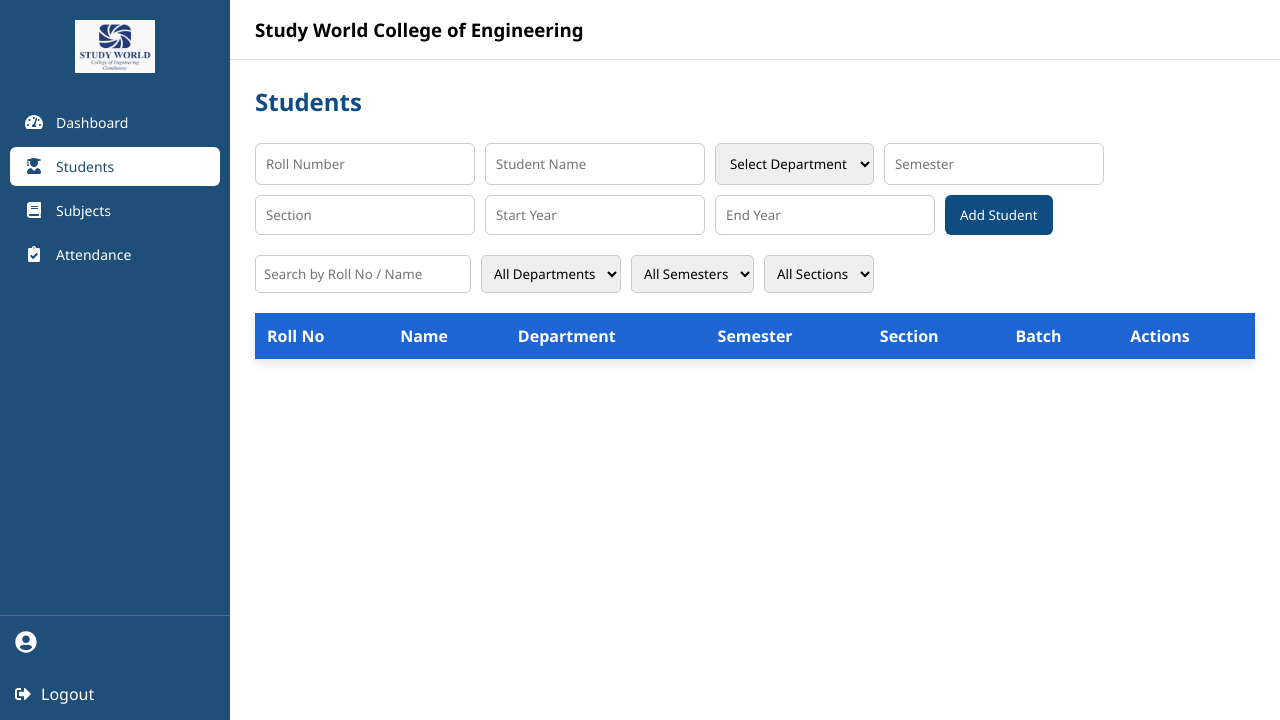
Repository: arthanarieswara/frontend
Page: /students
These files come from the project's save history. The page is drawn as it stood at one moment and after the next save; the edit follows.
The browser window is 1280 px wide. The pictures show the whole page.
The page's requests for data from a server got no answer. The project was rebuilt for these pictures with package versions that can differ from the ones it lists, and the page was loaded fresh each time. No one was signed in, and anything a server would have sent is missing. Also part of the build but not shown: vite.config.js, src/pages/auth/Login.jsx, src/pages/dashboard/Dashboard.css, src/pages/dashboard/Dashboard.jsx, src/pages/departments/Departments.jsx, src/pages/faculty/Faculty.css, src/pages/faculty/Faculty.jsx, src/pages/Subjects/Subjects.css and 8 more.

Above is the page before, as saved 2026-04-01 15:33:11.

### index.html
<!doctype html>
<html lang="en">
  <head>
    <meta charset="UTF-8" />
    <link rel="icon" type="image/svg+xml" href="/college-logo.png" />
    <meta name="viewport" content="width=device-width, initial-scale=1.0" />
    <title>SWMS</title>
  </head>
  <body>
    <div id="root"></div>
    <script type="module" src="/src/main.jsx"></script>
  </body>
</html>

### src/App.jsx
import AppRoutes from "./routes/AppRoutes";

function App() {
  return <AppRoutes />;
}

export default App;

### src/routes/AppRoutes.jsx
import { BrowserRouter, Routes, Route } from "react-router-dom";

import Login from "../pages/auth/Login";
import Dashboard from "../pages/dashboard/Dashboard";
import Departments from "../pages/departments/Departments";
import Students from "../pages/students/Students";
import Faculty from "../pages/faculty/Faculty";
import Subjects from "../pages/Subjects/Subjects";
import Attendance from "../pages/Attendance/Attendance";
import Users from "../pages/users/Users";
import UserMapping from "../pages/UserMapping/UserMapping"; // ✅ NEW
import FacultyAttendance from "../pages/faculty/FacultyAttendance";
function AppRoutes() {
  return (
    <BrowserRouter>
      <Routes>
        <Route path="/" element={<Login />} />
        <Route path="/dashboard" element={<Dashboard />} />
        <Route path="/departments" element={<Departments />} />
        <Route path="/students" element={<Students />} />
        <Route path="/faculty" element={<Faculty />} />
        <Route path="/subjects" element={<Subjects />} />
        <Route path="/attendance" element={<Attendance />} />
        <Route path="/users" element={<Users />} />
        <Route path="/faculty-attendance" element={<FacultyAttendance />} />

        {/* ✅ NEW ROUTE */}
        <Route path="/mapping" element={<UserMapping />} />
      </Routes>
    </BrowserRouter>
  );
}

export default AppRoutes;

### src/pages/students/Students.jsx
import { useEffect, useState } from "react";
import Layout from "../../components/Layout";
import api from "../../api/api";
import "./Students.css";

function Students() {
  const [students, setStudents] = useState([]);
  const [departments, setDepartments] = useState([]);

  const [name, setName] = useState("");
  const [rollNumber, setRollNumber] = useState("");
  const [department, setDepartment] = useState("");
  const [semester, setSemester] = useState("");
  const [section, setSection] = useState("");
  const [startYear, setStartYear] = useState("");
  const [endYear, setEndYear] = useState("");

  const [editingId, setEditingId] = useState(null);

  /* FILTER STATES */
  const [search, setSearch] = useState("");
  const [filterDept, setFilterDept] = useState("");
  const [filterSemester, setFilterSemester] = useState("");
  const [filterSection, setFilterSection] = useState(""); // ✅ NEW

  /* PAGINATION */
  const [page, setPage] = useState(1);
  const studentsPerPage = 10;

  /* ================= FETCH ================= */

  const fetchStudents = async () => {
    const res = await api.get("/students");

    const sorted = res.data.sort((a, b) =>
      a.roll_number.localeCompare(b.roll_number),
    );

    setStudents(sorted);
  };

  const fetchDepartments = async () => {
    const res = await api.get("/departments");
    setDepartments(res.data);
  };

  useEffect(() => {
    fetchStudents();
    fetchDepartments();
  }, []);

  /* ================= ADD / UPDATE ================= */

  const handleSubmit = async () => {
    const data = {
      name,
      roll_number: rollNumber,
      department_id: department,
      semester,
      section,
      start_year: startYear,
      end_year: endYear,
    };

    if (editingId) {
      await api.put(`/students/${editingId}`, data);
    } else {
      await api.post("/students", data);
    }

    resetForm();
    fetchStudents();
  };

  const resetForm = () => {
    setName("");
    setRollNumber("");
    setDepartment("");
    setSemester("");
    setSection("");
    setStartYear("");
    setEndYear("");
    setEditingId(null);
  };

  /* ================= EDIT ================= */

  const handleEdit = (student) => {
    setEditingId(student.id);
    setName(student.name);
    setRollNumber(student.roll_number);
    setDepartment(student.department_id);
    setSemester(student.semester);
    setSection(student.section);
    setStartYear(student.start_year);
    setEndYear(student.end_year);
  };

  /* ================= DELETE ================= */

  const handleDelete = async (id) => {
    if (!window.confirm("Delete this student?")) return;

    await api.delete(`/students/${id}`);
    fetchStudents();
  };

  /* ================= FILTER ================= */

  const filteredStudents = students.filter((s) => {
    return (
      (filterDept === "" || s.department_id == filterDept) &&
      (filterSemester === "" || s.semester == filterSemester) &&
      (filterSection === "" || s.section === filterSection) && // ✅ NEW
      (s.roll_number?.toLowerCase().includes(search.toLowerCase()) ||
        s.name?.toLowerCase().includes(search.toLowerCase()))
    );
  });

  /* ================= PAGINATION ================= */

  const indexOfLast = page * studentsPerPage;
  const indexOfFirst = indexOfLast - studentsPerPage;

  const currentStudents = filteredStudents.slice(indexOfFirst, indexOfLast);
  const totalPages = Math.ceil(filteredStudents.length / studentsPerPage);

  /* ================= UI ================= */

  return (
    <Layout>
      <div className="students">
        <h2>Students</h2>

        {/* FORM */}

        <div className="student-form">
          <input
            placeholder="Roll Number"
            value={rollNumber}
            onChange={(e) => setRollNumber(e.target.value)}
          />

          <input
            placeholder="Student Name"
            value={name}
            onChange={(e) => setName(e.target.value)}
          />

          <select
            value={department}
            onChange={(e) => setDepartment(e.target.value)}
          >
            <option value="">Select Department</option>
            {departments.map((d) => (
              <option key={d.id} value={d.id}>
                {d.name}
              </option>
            ))}
          </select>

          <input
            placeholder="Semester"
            value={semester}
            onChange={(e) => setSemester(e.target.value)}
          />

          <input
            placeholder="Section"
            value={section}
            onChange={(e) => setSection(e.target.value)}
          />

          <input
            type="number"
            placeholder="Start Year"
            value={startYear}
            onChange={(e) => setStartYear(e.target.value)}
          />

          <input
            type="number"
            placeholder="End Year"
            value={endYear}
            onChange={(e) => setEndYear(e.target.value)}
          />

          <button onClick={handleSubmit}>
            {editingId ? "Update Student" : "Add Student"}
          </button>
        </div>

        {/* FILTERS */}

        <div className="student-filters">
          <input
            placeholder="Search by Roll No / Name"
            value={search}
            onChange={(e) => {
              setSearch(e.target.value);
              setPage(1);
            }}
          />

          <select
            value={filterDept}
            onChange={(e) => {
              setFilterDept(e.target.value);
              setPage(1);
            }}
          >
            <option value="">All Departments</option>
            {departments.map((d) => (
              <option key={d.id} value={d.id}>
                {d.name}
              </option>
            ))}
          </select>

          <select
            value={filterSemester}
            onChange={(e) => {
              setFilterSemester(e.target.value);
              setPage(1);
            }}
          >
            <option value="">All Semesters</option>
            {[1, 2, 3, 4, 5, 6, 7, 8].map((s) => (
              <option key={s} value={s}>
                Semester {s}
              </option>
            ))}
          </select>

          {/* ✅ SECTION FILTER */}
          <select
            value={filterSection}
            onChange={(e) => {
              setFilterSection(e.target.value);
              setPage(1);
            }}
          >
            <option value="">All Sections</option>
            {["A", "B",].map((sec) => (
              <option key={sec} value={sec}>
                Section {sec}
              </option>
            ))}
          </select>
        </div>

        {/* TABLE */}

        <table className="students-table">
          <thead>
            <tr>
              <th>Roll No</th>
              <th>Name</th>
              <th>Department</th>
              <th>Semester</th>
              <th>Section</th>
              <th>Batch</th>
              <th>Actions</th>
            </tr>
          </thead>

          <tbody>
            {currentStudents.map((s) => (
              <tr key={s.id}>
                <td>{s.roll_number}</td>
                <td>{s.name}</td>
                <td>{s.department_name}</td>
                <td>{s.semester}</td>
                <td>{s.section}</td>
                <td>
                  {s.start_year} - {s.end_year}
                </td>

                <td>
                  <button className="edit-btn" onClick={() => handleEdit(s)}>
                    Edit
                  </button>

                  <button
                    className="delete-btn"
                    onClick={() => handleDelete(s.id)}
                  >
                    Delete
                  </button>
                </td>
              </tr>
            ))}
          </tbody>
        </table>

        {/* PAGINATION */}

        <div className="pagination">
          {Array.from({ length: totalPages }, (_, i) => (
            <button
              key={i}
              onClick={() => setPage(i + 1)}
              className={page === i + 1 ? "active-page" : ""}
            >
              {i + 1}
            </button>
          ))}
        </div>
      </div>
    </Layout>
  );
}

export default Students;

### src/api/api.js
import axios from "axios";

const api = axios.create({
  baseURL: "http://localhost:5000/api",
});

/* ✅ Attach token automatically */
api.interceptors.request.use((config) => {
  const token = localStorage.getItem("token");

  if (token) {
    config.headers.Authorization = `Bearer ${token}`;
  }

  return config;
});

export default api;

### src/pages/auth/Login.css
*{
  margin:0;
  padding:0;
  box-sizing:border-box;
  font-family:"Segoe UI",sans-serif;
}

/* ANIMATED BACKGROUND */

.login-wrapper{
  height:100vh;
  display:flex;
  justify-content:center;
  align-items:center;
  background:linear-gradient(270deg,#0f4c81,#3a8bfd,#1a6ed8);
  background-size:600% 600%;
  animation:gradientBG 10s ease infinite;
}

@keyframes gradientBG{
  0%{background-position:0% 50%}
  50%{background-position:100% 50%}
  100%{background-position:0% 50%}
}

/* LOGIN CARD */

.login-card{
  width:420px;
  padding:40px;
  border-radius:12px;
  background:rgba(255,255,255,0.15);
  backdrop-filter:blur(15px);
  box-shadow:0 15px 40px rgba(0,0,0,0.3);
  text-align:center;
  color:white;
}

/* COLLEGE HEADER */

.college-logo{
  width:70px;
  margin-bottom:10px;
}

.college-header h1{
  font-size:20px;
  margin-bottom:5px;
}

.college-header p{
 font-size:13px;
  opacity:0.9;
}

.college-header span{
  font-size:12px;
  opacity:0.8;
}

.college-header{
  margin-bottom:30px;
}

/* INPUT GROUP */

.input-group{

  position:relative;
  margin-bottom:20px;
}

.input-group input{
  width:100%;
  padding:12px;
  border:none;
  border-radius:6px;
  outline:none;
  font-size:14px;
}

/* FLOATING LABEL */

.input-group label{
  position:absolute;
  left:12px;
  top:50%;
  transform:translateY(-50%);
  color:#000000;
  font-size:14px;
  pointer-events:none;
  transition:0.3s;
}

.input-group input:focus + label,
.input-group input:not(:placeholder-shown) + label{
  top:-8px;
  /* background:white; */
  padding:0 5px;
  font-size:15px;
  color:white;
}

/* PASSWORD ICON */

.password-group{
 position:relative;
}

.eye-icon{
  position:absolute;
  right:10px;
  top:50%;
  transform:translateY(-50%);
  cursor:pointer;
  color:#444;
}

/* BUTTON */

.login-btn{
  width:100%;
  padding:12px;
  border:none;
  border-radius:6px;
  background:white;
  color:#0f4c81;
  font-size:16px;
  font-weight:bold;
  cursor:pointer;
  transition:all 0.3s;
}

.login-btn:hover{
  transform:translateY(-2px);
  box-shadow:0 5px 15px rgba(0,0,0,0.3);
}

### src/components/Layout.jsx
import { useState } from "react";
import Sidebar from "./Sidebar";
import Navbar from "./Navbar";

function Layout({ children }) {

  const [collapsed,setCollapsed] = useState(false);

  return (

    <div style={{display:"flex"}}>

      <Sidebar collapsed={collapsed} />

      <div style={{flex:1}}>

        <Navbar toggleSidebar={()=>setCollapsed(!collapsed)} />

        <div style={{padding:"25px"}}>
          {children}
        </div>

      </div>

    </div>

  );

}

export default Layout;

### src/pages/departments/Departments.css
.departments h2 {
    margin-bottom: 20px;
}

.add-section {
    display: flex;
    gap: 10px;
    margin-bottom: 20px;
}

.add-section input {
    padding: 10px;
    border: 1px solid #ccc;
    border-radius: 5px;
}

.add-section button {
    background: #0f4c81;
    color: white;
    border: none;
    padding: 10px 15px;
    border-radius: 5px;
    cursor: pointer;
}

table {
    width: 100%;
    border-collapse: collapse;
    background: white;
    box-shadow: 0 5px 10px rgba(0, 0, 0, 0.1);
}

th,
td {
    padding: 12px;
    border-bottom: 1px solid #ddd;
    text-align: left;
}

.delete-btn {
    background: red;
    color: white;
    border: none;
    padding: 6px 10px;
    border-radius: 4px;
    cursor: pointer;
}

.edit-btn {
    background: #0f4c81;
    color: white;
    border: none;
    padding: 6px 10px;
    border-radius: 4px;
    cursor: pointer;
    margin: 10px;
}

### src/pages/students/Students.css
.students h2{
    margin-bottom:25px;
    font-size:24px;
    color:#0f4c81;
}

.student-form{
    display:flex;
    gap:10px;
    flex-wrap:wrap;
    margin-bottom:20px;
}

.student-form input,
.student-form select{
    padding:10px;
    border:1px solid #ccc;
    border-radius:6px;
}

.student-form button{
    background:#0f4c81;
    color:white;
    border:none;
    padding:10px 15px;
    border-radius:6px;
    cursor:pointer;
}

.students-table{
    width:100%;
    border-collapse:collapse;
    background:white;
    box-shadow:0 4px 10px rgba(0,0,0,0.1);
}

.students-table th{
    background:#1c65d3;
}

.students-table th,
.students-table td{
    padding:12px;
    border-bottom:1px solid #eee;
}

.students-table tbody tr:hover{
    background:#f9fbfd;
}

.edit-btn{
    background:#ffc107;
    border:none;
    padding:6px 10px;
    border-radius:4px;
    margin-right:6px;
}

.delete-btn{
    background:#dc3545;
    color:white;
    border:none;
    padding:6px 10px;
    border-radius:4px;
}

.student-filters{
    display:flex;
    gap:10px;
    margin-bottom:20px;
}

.student-filters input,
.student-filters select{
    padding:8px;
    border:1px solid #ccc;
    border-radius:5px;
}

.pagination{
    margin-top:20px;
    display:flex;
    gap:8px;
}

.pagination button{
    padding:6px 10px;
    border:none;
    background:#ddd;
    cursor:pointer;
}

.pagination .active-page{
    background:#0f4c81;
    color:white;
}

### src/pages/faculty/FacultyAttendance.css
.faculty-attendance {
  padding: 25px;
}

/* HEADER */
.header {
  display: flex;
  justify-content: space-between;
  align-items: center;
  margin-bottom: 20px;
}

.actions {
  display: flex;
  gap: 10px;
}

.actions input {
  padding: 8px;
  border-radius: 6px;
  border: 1px solid #ccc;
}

.actions button {
  background: #1e5eff;
  color: white;
  border: none;
  padding: 8px 14px;
  border-radius: 6px;
  cursor: pointer;
}

.actions button:hover {
  background: #1748c7;
}

.secondary-btn {
  background: #28a745;
}

.secondary-btn:hover {
  background: #1e7e34;
}

/* TABLE */
.table-container {
  background: white;
  border-radius: 10px;
  box-shadow: 0 2px 10px rgba(0,0,0,0.08);
  overflow: hidden;
}

table {
  width: 100%;
  border-collapse: collapse;
}

thead {
  background: #1e5eff;
  color: white;
}

th, td {
  padding: 12px;
}

tbody tr:nth-child(even) {
  background: #f5f7fb;
}

tbody tr:hover {
  background: #eef2ff;
}

/* STATUS COLORS */
.status-dropdown.Present {
  background: #d4edda;
}

.status-dropdown.Absent {
  background: #f8d7da;
}

/* TIME INPUTS */
.time-inputs {
  display: flex;
  gap: 10px;
}

/* REPORT */
.report-section {
  margin-top: 30px;
}

.cards {
  display: flex;
  gap: 15px;
  flex-wrap: wrap;
}

.card {
  background: white;
  padding: 15px;
  border-radius: 8px;
  box-shadow: 0 2px 8px rgba(0,0,0,0.1);
  min-width: 120px;
  text-align: center;
}

.card.total {
  background: #1e5eff;
  color: white;
}

### src/components/Sidebar.jsx
import { NavLink, useNavigate } from "react-router-dom";
import {
  FaTachometerAlt,
  FaUniversity,
  FaUserGraduate,
  FaChalkboardTeacher,
  FaBook,
  FaClipboardCheck,
  FaSignOutAlt,
  FaUserCircle,
  FaUsers,
  FaProjectDiagram,
} from "react-icons/fa";

import "./Sidebar.css";

function Sidebar({ collapsed }) {
  const navigate = useNavigate();

  const user = JSON.parse(localStorage.getItem("user"));
  const role = user?.role;

  const handleLogout = () => {
    localStorage.removeItem("token");
    localStorage.removeItem("user");
    navigate("/");
  };

  return (
    <div className="main-content">
      <div className={`sidebar ${collapsed ? "collapsed" : ""}`}>
        <div className="sidebar-header">
          <img src="/college-logo.png" className="sidebar-logo" />
        </div>

        <nav className="menu">
          {/* COMMON (ADMIN + FACULTY) */}
          <NavLink to="/dashboard" className="menu-item">
            <FaTachometerAlt />
            <span>Dashboard</span>
          </NavLink>

          <NavLink to="/students" className="menu-item">
            <FaUserGraduate />
            <span>Students</span>
          </NavLink>

          <NavLink to="/subjects" className="menu-item">
            <FaBook />
            <span>Subjects</span>
          </NavLink>

          <NavLink to="/attendance" className="menu-item">
            <FaClipboardCheck />
            <span>Attendance</span>
          </NavLink>

          {/* ADMIN ONLY */}
          {role === "Admin" && (
            <>
              <NavLink to="/departments" className="menu-item">
                <FaUniversity />
                <span>Departments</span>
              </NavLink>

              <NavLink to="/faculty" className="menu-item">
                <FaChalkboardTeacher />
                <span>Faculty</span>
              </NavLink>

              <NavLink to="/users" className="menu-item">
                <FaUsers />
                <span>Users</span>
              </NavLink>

              <NavLink to="/mapping" className="menu-item">
                <FaProjectDiagram />
                <span>Mapping</span>
              </NavLink>

              <NavLink to="/faculty-attendance" className="menu-item">
                <FaClipboardCheck />
                <span>Faculty Attendance</span>
              </NavLink>
            </>
          )}
        </nav>

        {/* PROFILE + LOGOUT */}

        <div className="bottom-section">
          <div className="profile">
            <FaUserCircle className="profile-icon" />
            <span>{role}</span>
          </div>

          <div className="logout" onClick={handleLogout}>
            <FaSignOutAlt />
            <span>Logout</span>
          </div>
        </div>
      </div>
    </div>
  );
}

export default Sidebar;

### src/components/Navbar.jsx
import { FaBars } from "react-icons/fa";
import "./Navbar.css";

function Navbar({ toggleSidebar }) {

    return (

        <div className="navbar">

            {/* <FaBars className="toggle-btn" onClick={toggleSidebar} /> */}

            <h3>Study World College of Engineering</h3>

        </div>

    )

}

export default Navbar;

### src/components/Sidebar.css
.sidebar {
  width: 230px;
  height: 100vh;
  background: #1f4e79;
  color: white;
  display: flex;
  flex-direction: column;
  justify-content: space-between;
  position: fixed;
  left: 0;
  top: 0;
}

/* HEADER */

.sidebar-header {
  display: flex;
  justify-content: center;
  align-items: center;
  padding: 20px 10px;
}

.sidebar-logo {
  width: 80px;
  object-fit: contain;
}

/* MENU */

.menu {
  display: flex;
  flex-direction: column;
  gap: 5px;
  padding: 10px;
}

/* MENU ITEM */

.menu-item {
  display: flex;
  align-items: center;
  gap: 12px;
  padding: 10px 14px;
  color: white;
  text-decoration: none;
  border-radius: 6px;
  transition: 0.3s;
  font-size: 14px;
}

.menu-item svg {
  font-size: 16px;
  min-width: 20px;
}

.menu-item:hover {
  background: rgba(255, 255, 255, 0.15);
}

.menu-item.active {
  background: white;
  color: #1f4e79;
}

/* PUSH BOTTOM SECTION DOWN */

.bottom-section {
  margin-top: auto;
}

/* PROFILE */

.profile {
  display: flex;
  align-items: center;
  gap: 10px;
  padding: 15px;
  border-top: 1px solid rgba(255, 255, 255, 0.2);
}

.profile-icon {
  font-size: 22px;
}

/* LOGOUT */

.logout {
  display: flex;
  align-items: center;
  gap: 10px;
  padding: 15px;
  cursor: pointer;
  transition: 0.3s;
}

.logout:hover {
  background: rgba(255, 0, 0, 0.2);
}

.main-content {
  margin-left: 190px; /* SAME AS SIDEBAR WIDTH */
  padding: 20px;
}

### src/components/Navbar.css
.navbar{
  height:60px;
  background:white;
  border-bottom:1px solid #ddd;
  display:flex;
  align-items:center;
  padding:0 25px;
}

Loaded but not shown: src/main.jsx (common file)

After the next save:
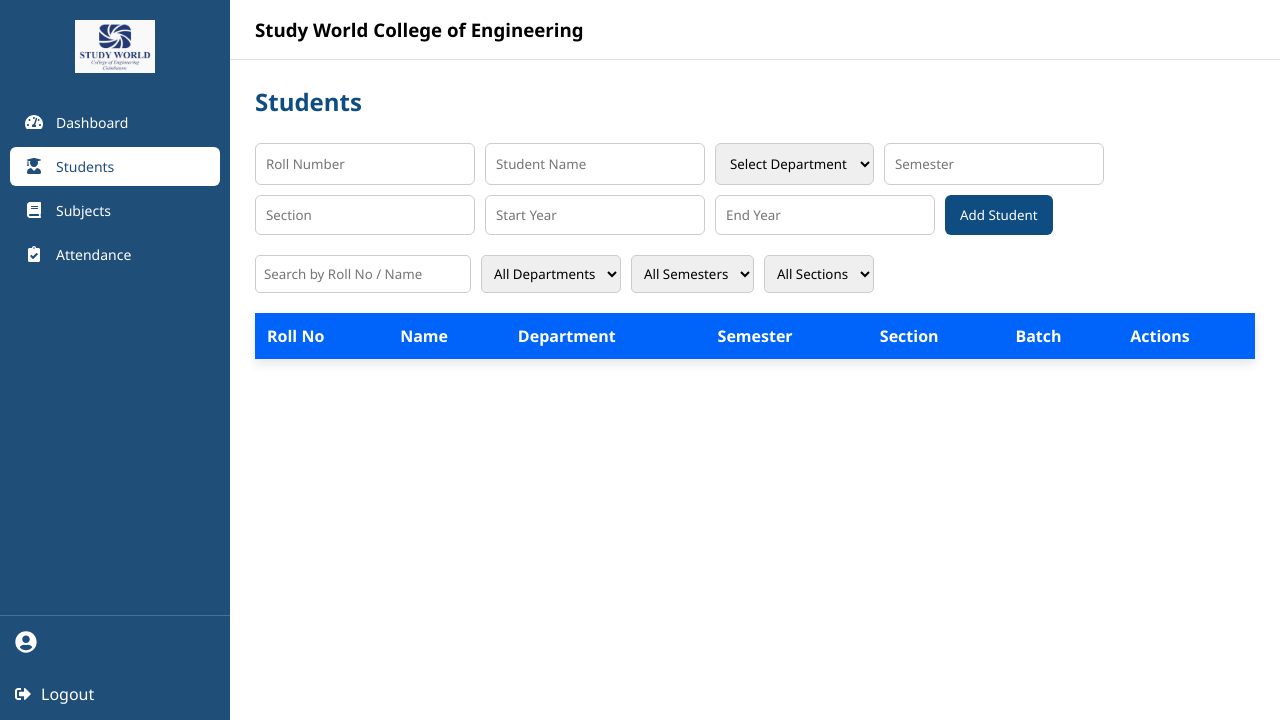
Saved 6 s later.
--- a/src/pages/students/Students.css
+++ b/src/pages/students/Students.css
@@ -35,7 +35,7 @@
 }
 
 .students-table th{
-    background:#1c65d3;
+    background:#0064fa;
 }
 
 .students-table th,
